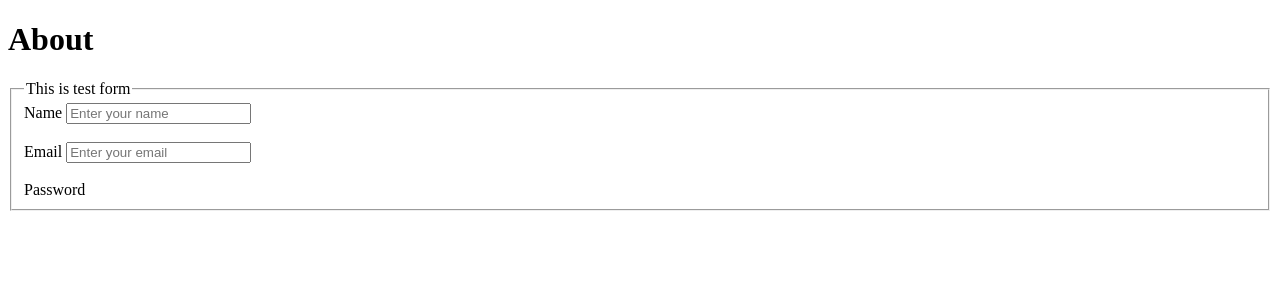
Repository: fisikusari/test-repo
Page: about.html
An editor plug-in stored every save of this project. The page is shown before and after the next save, followed by the edit.
The browser window is 1280 px wide. The pictures show the whole page.

Above is the page before, as saved 2021-11-11 19:00:34.

After the next save:
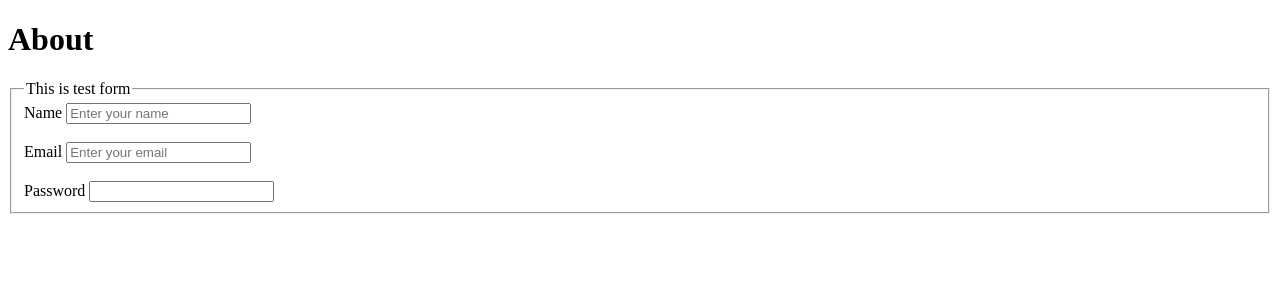
Saved 8 s later.
--- a/about.html
+++ b/about.html
@@ -20,6 +20,7 @@
       <label for="email">Email</label>
       <input type="email" name="email" id="email" placeholder="Enter your email" /><br></br>
       <label for="password">Password</label>
+      <input type="password" name="" id="">
     </fieldset>
     <!--Fieldset Ends here-->
   </form>
